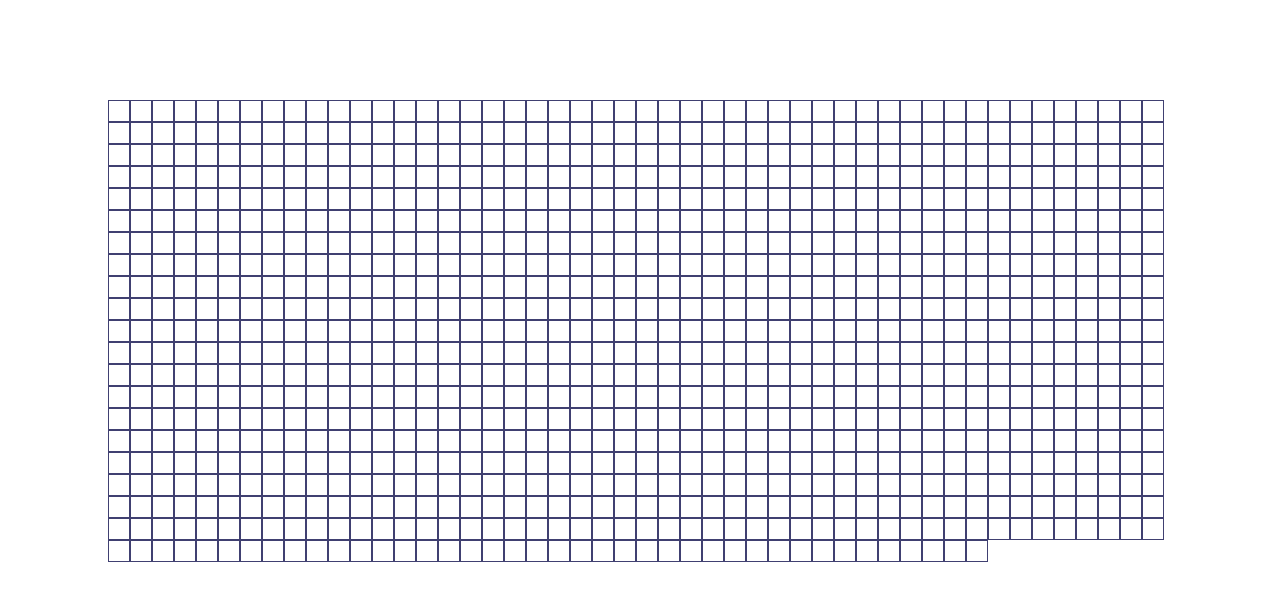
Repository: NikhilJohny/Pathfinding---ReactJS
Page: /
An editor plug-in stored every save of this project. The page is shown before and after the next save, followed by the edit.
The browser window is 1280 px wide. The pictures show the whole page.
The project was rebuilt for these pictures with package versions that can differ from the ones it lists, and the page was loaded fresh each time.

Above is the page before, as saved 2021-05-06 10:42:45.

### src/index.js
import React from 'react'
import ReactDOM from 'react-dom'
import App from './App'

ReactDOM.render(
  <App/>,
  document.getElementById('root')
)

### src/App.js
import React from "react"
import PathFindingView from './PathFindingView'


class App extends React.Component {
    render() {
        return (
        <PathFindingView />
        )
    }
}

export default App;

### src/PathFindingView.js
import React,{Component} from "react"
import Nodes from './Nodes'
import './Node.css';
import update from 'react-addons-update';

const grid = () =>{
    const rowArray = [];
    for(let i = 0; i < 20; i++){
        const colArray = [];
        for(let j = 0; j < 50; j++){
            colArray.push(createNode(i,j));
        }
        rowArray.push(colArray);
    }
    return rowArray;
}

const createNode = ((i,j) => {
    const NodeObj = {
      row : i,
      col : j,
      start : false,
      end : false,
      previous : null,
      top : null,
      bottom : null,
      left : null,
      right : null,
      wall : false
    }
    return NodeObj;
})

class PathFindingView extends Component{
    constructor(){
        super();
        this.state = {
            board : [],
            mousePressed : false,
            currentGrid : {
                row : 0,
                col : 0,
                start : false,
                end : false,
                previous : null,
                top : null,
                bottom : null,
                left : null,
                right : null,
                wall : false
              }
        }
    }
    componentDidMount(){
        const arr = grid()
        this.setState({board : arr})
    }


    mouseDownFunctions(rows, cols){
        const grid = this.state.board;
        grid[rows][cols].wall = !grid[rows][cols].wall
        this.updateIndex(rows,cols,grid[rows][cols])

        this.setState({
            mousePressed : true
        })
    }

    updateIndex(rows, cols, content){
        this.setState(update(this.state ,{
            board : {
                [rows]:{
                    [cols]:{
                        $set : content
                    }
                }
            }
        }))
    }

    mouseOverFunction(rows,cols){
        const grid = this.state.board;
        if(this.state.currentGrid !== grid[rows][cols]){
            if(!this.state.mousePressed){
                return;
            }
            else if(this.state.mousePressed){
                grid[rows][cols].wall = !grid[rows][cols].wall
                this.updateIndex(rows,cols,grid[rows][cols])
            }
            this.setState({
                currentGrid : grid[rows][cols]
            })
        }
    }
    mouseUpFunction(){

        this.setState(update(this.state ,{
            board : {
                [0]:{
                    [0]:{
                        $set : grid
                    }
                }
            }
        }))

        this.setState({
            mousePressed : false
        })
    }

    render(){
        const NodeComponent = []
        this.state.board.map((rows,rowKeys) =>{
            rows.map((cols,colKeys) => {
                NodeComponent.push(
                    <Nodes
                        id = {colKeys}
                        row = {cols.row}
                        col = {cols.col}
                        wall = {cols.wall}
                        onMouseDown = {(row,col) => this.mouseDownFunctions(row,col)}
                        onMouseOver = {(row,col) => this.mouseOverFunction(row,col)}
                        onMouseUp = {() => this.mouseUpFunction()}
                    />
                )
            })
        })
        return (
            <div className = "canvas">
                {NodeComponent}
            </div>
        )

    }
}

export default PathFindingView

### src/Nodes.js
import React , {Component} from "react"
import './Node.css';

class Nodes extends Component{

    render(){
        const nodeClass = this.props.wall ? 'Node node-wall' : 'Node'
        return(
            <div className = {nodeClass}
            onMouseDown = {() => this.props.onMouseDown(this.props.row,this.props.col)}
            onMouseOver = {() => this.props.onMouseOver(this.props.row,this.props.col)}
            onMouseUp = {() => this.props.onMouseUp()}
            >
            </div>
        )
    }
}

export default Nodes;

### src/Node.css
.canvas {
    margin: 100px;
}

.Node {
    margin-bottom: -4px;
    width: 20px;
    height: 20px;
    border: 0.2px solid rgba(0, 0, 66, 0.75);
    display: inline-block;
}

.node-wall {
    animation-name: visitedAnimation;
    animation-duration: 0.2s;
    animation-timing-function: ease-out;
    animation-delay: 0;
    animation-direction: alternate;
    animation-iteration-count: 1;
    animation-fill-mode: forwards;
    animation-play-state: running;
}

@keyframes visitedAnimation {
    0% {
        transform: scale(0.3);
        background-color: rgba(0, 0, 66, 0.75);
        border-radius: 100%;
    }
    50% {
        background-color: rgba(0, 0, 66, 0.75);
    }
    75% {
        transform: scale(1.2);
        background-color: rgba(0, 0, 66, 0.75);
    }
    100% {
        transform: scale(1);
        background-color: rgba(0, 0, 66, 0.75);
        border-color: transparent;
    }
}

Loaded but not shown: public/index.html (common file)

After the next save:
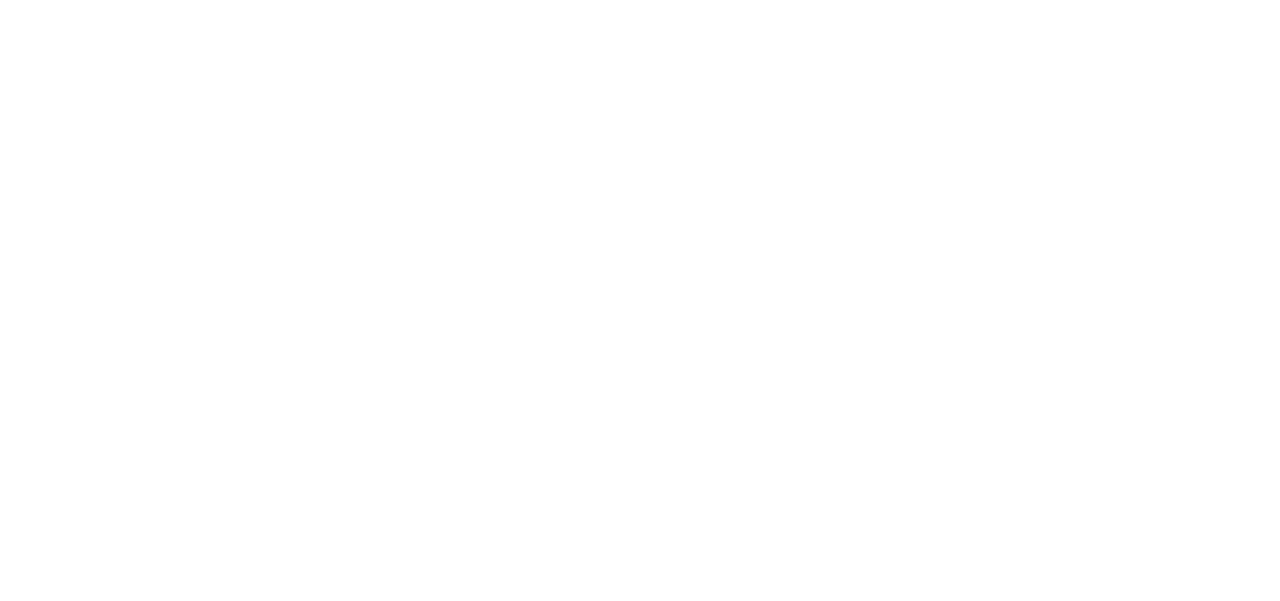
Saved 8 s later.
--- a/src/Node.css
+++ b/src/Node.css
@@ -6,7 +6,7 @@
     margin-bottom: -4px;
     width: 20px;
     height: 20px;
-    border: 0.2px solid rgba(0, 0, 66, 0.75);
+    border: 0px solid rgba(0, 0, 66, 0.75);
     display: inline-block;
 }
 

After the 5 saves that followed:
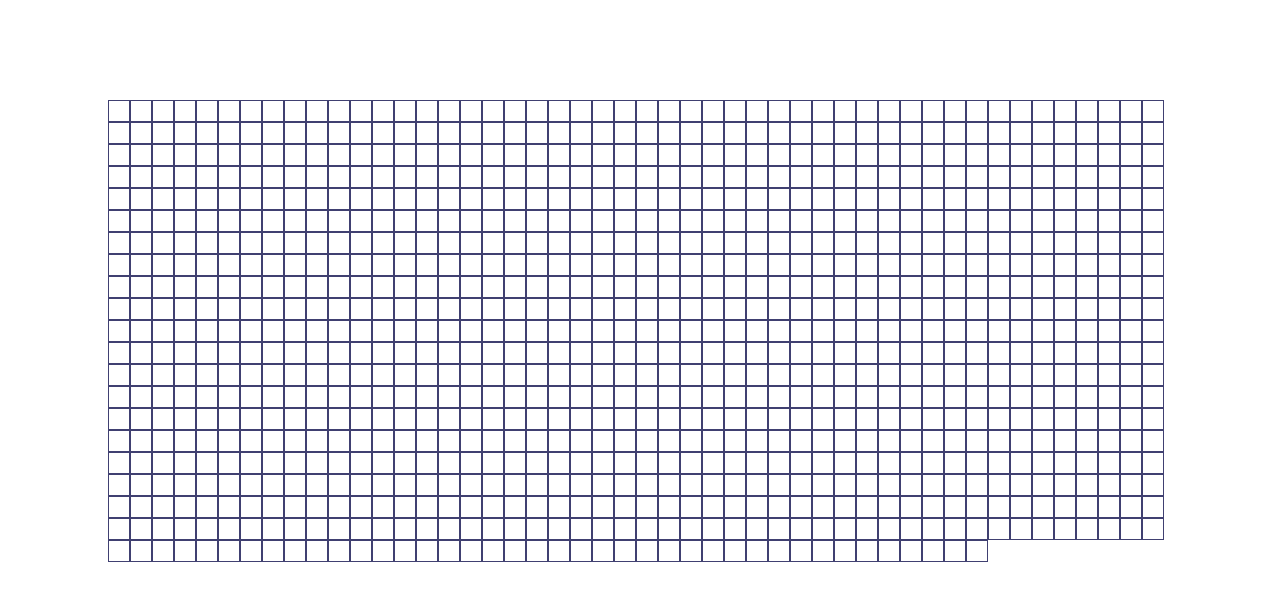
The 5 saves are shown as one change because 3 left the picture as it was and some came seconds apart.
The last was saved 2 min 21 s later.
--- a/src/PathFindingView.js
+++ b/src/PathFindingView.js
@@ -81,11 +81,9 @@ class PathFindingView extends Component{
 
     mouseOverFunction(rows,cols){
         const grid = this.state.board;
-        if(this.state.currentGrid !== grid[rows][cols]){
-            if(!this.state.mousePressed){
-                return;
-            }
-            else if(this.state.mousePressed){
+        if(this.state.currentGrid !== grid[rows][cols] && this.state.mousePressed){
+            console.log('testing')
+            if(this.state.mousePressed){
                 grid[rows][cols].wall = !grid[rows][cols].wall
                 this.updateIndex(rows,cols,grid[rows][cols])
             }
--- a/src/Node.css
+++ b/src/Node.css
@@ -6,7 +6,7 @@
     margin-bottom: -4px;
     width: 20px;
     height: 20px;
-    border: 0px solid rgba(0, 0, 66, 0.75);
+    border: 1px solid rgba(0, 0, 66, 0.75);
     display: inline-block;
 }
 
